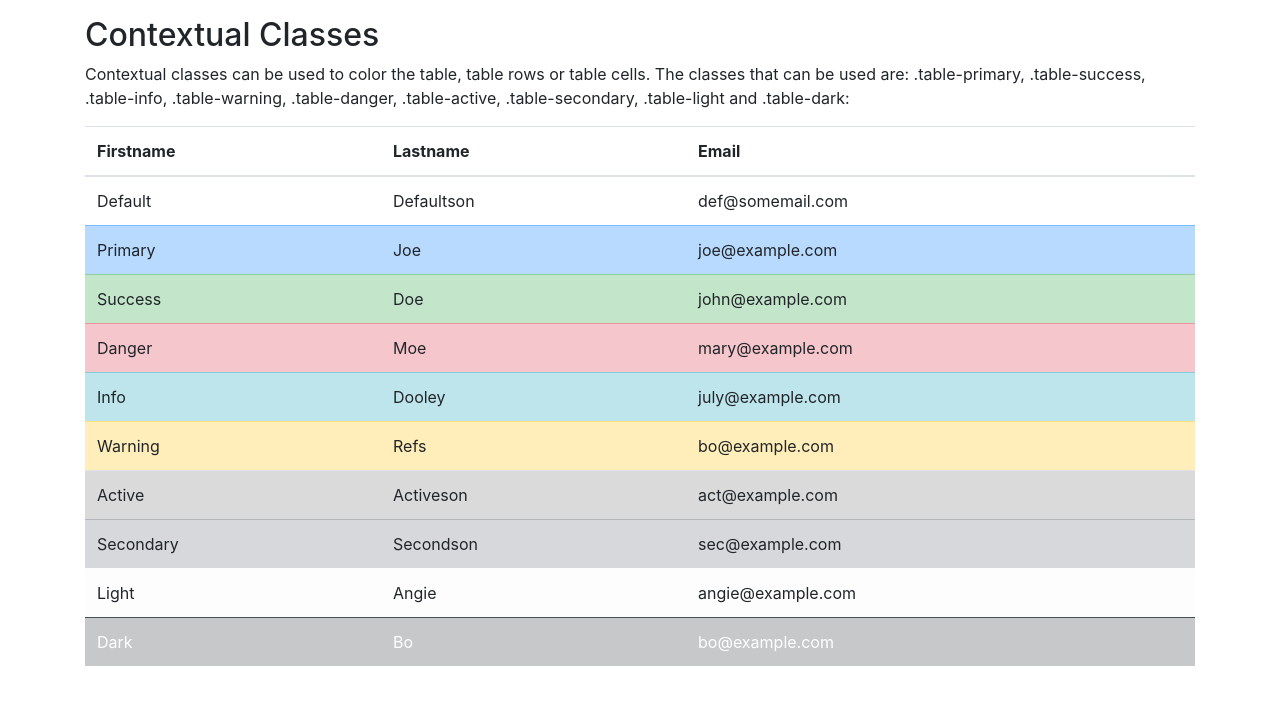
Repository: Hugh-KR/JSP_Project
Page: JSP_Project/src/main/webapp/product.html
An editor plug-in stored every save of this project. The page is shown before and after the next save, followed by the edit.
The browser window is 1280 px wide. The pictures show the whole page.

Above is the page before, as saved 2022-11-08 00:49:45.

### JSP_Project/src/main/webapp/product.html
<!DOCTYPE html>
<html>
<head>
<meta charset="UTF-8">
<title>Insert title here</title>
<!-- CDN방식으로 연결하자! -->
<link rel="stylesheet"
href="https://cdn.jsdelivr.net/npm/bootstrap@4.6.1/dist/css/bootstrap.min.css">
</head>
<div class="container mt-3">
  <h2>Contextual Classes</h2>
  <p>Contextual classes can be used to color the table, table rows or table cells. The classes that can be used are: .table-primary, .table-success, .table-info, .table-warning, .table-danger, .table-active, .table-secondary, .table-light and .table-dark:</p>
  <table class="table">
    <thead>
      <tr>
        <th>Firstname</th>
        <th>Lastname</th>
        <th>Email</th>
      </tr>
    </thead>
    <tbody>
      <tr>
        <td>Default</td>
        <td>Defaultson</td>
        <td>def@somemail.com</td>
      </tr>
      <tr class="table-primary">
        <td>Primary</td>
        <td>Joe</td>
        <td>joe@example.com</td>
      </tr>
      <tr class="table-success">
        <td>Success</td>
        <td>Doe</td>
        <td>john@example.com</td>
      </tr>
      <tr class="table-danger">
        <td>Danger</td>
        <td>Moe</td>
        <td>mary@example.com</td>
      </tr>
      <tr class="table-info">
        <td>Info</td>
        <td>Dooley</td>
        <td>july@example.com</td>
      </tr>
      <tr class="table-warning">
        <td>Warning</td>
        <td>Refs</td>
        <td>bo@example.com</td>
      </tr>
      <tr class="table-active">
        <td>Active</td>
        <td>Activeson</td>
        <td>act@example.com</td>
      </tr>
      <tr class="table-secondary">
        <td>Secondary</td>
        <td>Secondson</td>
        <td>sec@example.com</td>
      </tr>
      <tr class="table-light">
        <td>Light</td>
        <td>Angie</td>
        <td>angie@example.com</td>
      </tr>
      <tr class="table-dark">
        <td>Dark</td>
        <td>Bo</td>
        <td>bo@example.com</td>
      </tr>
    </tbody>
  </table>
</div>

</body>
</html>

After the next save:
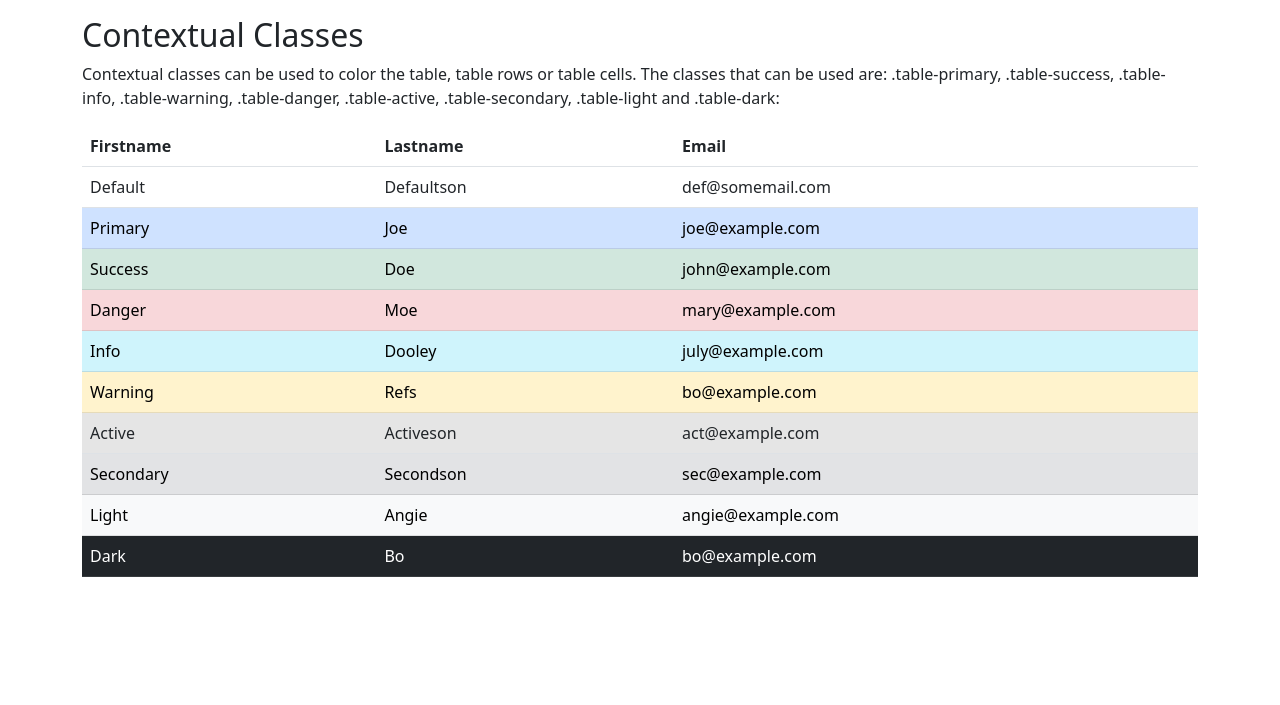
Saved 88 s later.
--- a/JSP_Project/src/main/webapp/product.html
+++ b/JSP_Project/src/main/webapp/product.html
@@ -4,8 +4,10 @@
 <meta charset="UTF-8">
 <title>Insert title here</title>
 <!-- CDN방식으로 연결하자! -->
-<link rel="stylesheet"
-href="https://cdn.jsdelivr.net/npm/bootstrap@4.6.1/dist/css/bootstrap.min.css">
+<meta name="viewport" content="width=device-width, initial-scale=1">
+  <link href="https://cdn.jsdelivr.net/npm/bootstrap@5.2.2/dist/css/bootstrap.min.css"
+  rel="stylesheet">
+  <script src="https://cdn.jsdelivr.net/npm/bootstrap@5.2.2/dist/js/bootstrap.bundle.min.js"></script>
 </head>
 <div class="container mt-3">
   <h2>Contextual Classes</h2>
